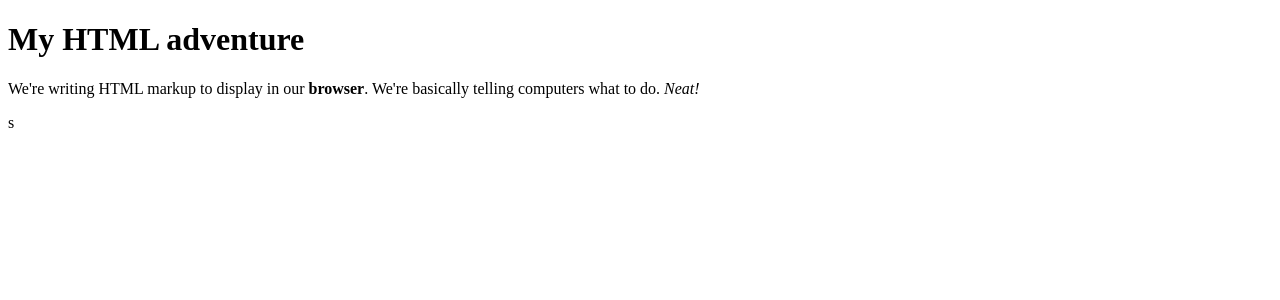
Repository: NthigaDenis/example-repository
Page: phase-0-the-dom-editing-lab/index.html
The author's editor kept a copy of each file at every save. The page is drawn from the files as they stood at one save, then again after the next save.
The browser window is 1280 px wide. The pictures show the whole page.

Above is the page before, as saved 2022-08-10 08:37:31.

### phase-0-the-dom-editing-lab/index.html
<!-- Write your code here! -->
<!DOCTYPE html>
<html lang="en">

<head>
    <meta charset="UTF-8" />
    <meta name="viewport" content="width=device-width, initial-scale=1.0" />
    <meta http-equiv="X-UA-Compatible" content="ie=edge" />
    <title>Introduction to the DOM Lab</title>
</head>

<body>
    <!--All our work for this lesson will go here-->
    <h1>My HTML adventure</h1>
    <p>
        We're writing HTML markup to display in our <strong>browser</strong>. We're
        basically telling computers what to do. <em>Neat!</em>
    </p>

    <table>s</table>


    <body>
    </body>

</html>

After the next save:
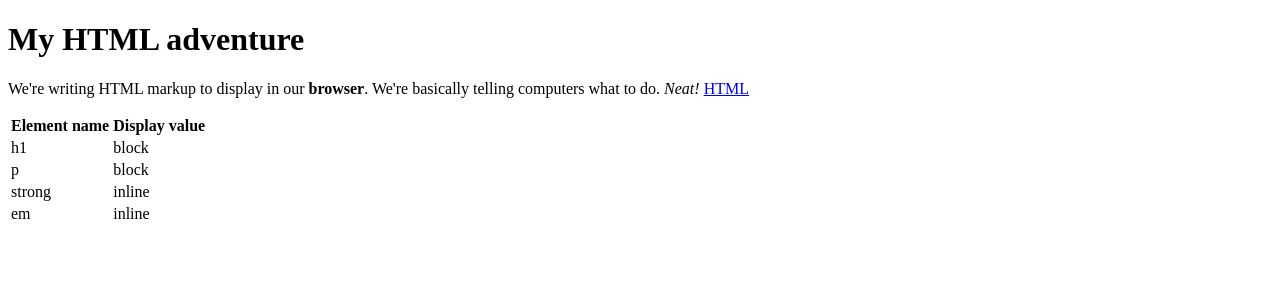
Saved 2 min 3 s later.
--- a/phase-0-the-dom-editing-lab/index.html
+++ b/phase-0-the-dom-editing-lab/index.html
@@ -15,9 +15,35 @@
     <p>
         We're writing HTML markup to display in our <strong>browser</strong>. We're
         basically telling computers what to do. <em>Neat!</em>
+        <a href="https://developer.mozilla.org/en-US/docs/Web/HTML">HTML</a>
     </p>
 
-    <table>s</table>
+    <table>
+        <thead>
+            <tr>
+                <th>Element name</th>
+                <th>Display value</th>
+            </tr>
+        </thead>
+        <tbody>
+            <tr>
+                <td>h1</td>
+                <td>block</td>
+            </tr>
+            <tr>
+                <td>p</td>
+                <td>block</td>
+            </tr>
+            <tr>
+                <td>strong</td>
+                <td>inline</td>
+            </tr>
+            <tr>
+                <td>em</td>
+                <td>inline</td>
+            </tr>
+        </tbody>
+    </table>
 
 
     <body>
